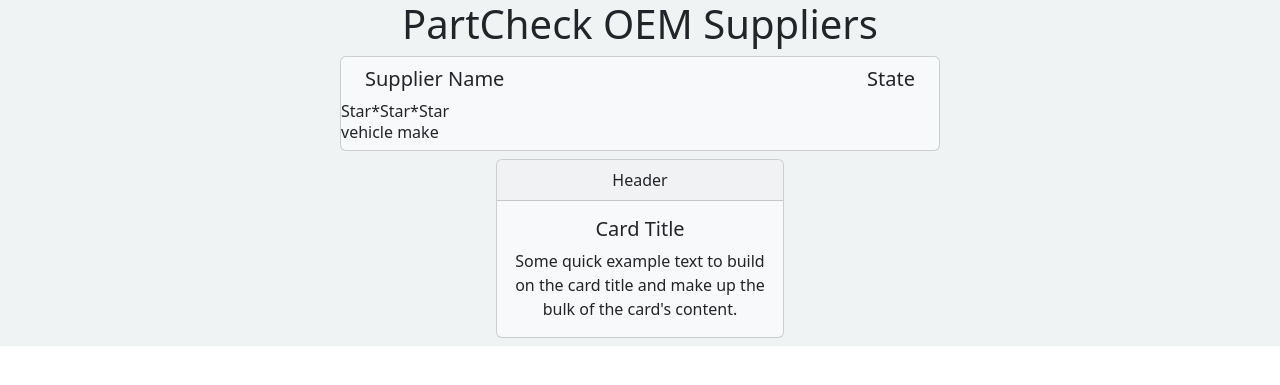
Repository: trungna4699/coding_challenge
Page: /
An editor plug-in stored every save of this project. The page is shown before and after the next save, followed by the edit.
The browser window is 1280 px wide. The pictures show the whole page.
The project was rebuilt for these pictures with package versions that can differ from the ones it lists, and the page was loaded fresh each time.

Above is the page before, as saved 2022-09-01 16:37:52.

### src/index.css
body {
  margin: 0;
  background-color: #F0F3F4;
  font-family: -apple-system, BlinkMacSystemFont, 'Segoe UI', 'Roboto', 'Oxygen',
    'Ubuntu', 'Cantarell', 'Fira Sans', 'Droid Sans', 'Helvetica Neue',
    sans-serif;
  -webkit-font-smoothing: antialiased;
  -moz-osx-font-smoothing: grayscale;
}

code {
  font-family: source-code-pro, Menlo, Monaco, Consolas, 'Courier New',
    monospace;
}

### src/App.js
import './App.css';
import 'bootstrap/dist/css/bootstrap.min.css';

import Card from 'react-bootstrap/Card';
import Col from 'react-bootstrap/Col';
import Row from 'react-bootstrap/Row';

function App() {
  return (
    <div className="App">
      <h1>PartCheck OEM Suppliers</h1>

      <div className='listContainer'>
        <Card
          bg={"light"}
          // key={variant}
          text={"dark"}
          style={{ width: '600px' }}
          className="mb-2"
        >
          <div className="supplierItems">
            <div className='supplierInfo'>
              <h5 className='.text-secondary ms-4'>Supplier Name</h5>
              <h5 className='me-4'>State</h5>
            </div>

            <div className="ratingStar">
              Star*Star*Star
            </div>
            <div className="vehicleList">
              <h6>vehicle make</h6>
            </div>
          </div>
        </Card>

        <Card
          bg={"light"}
          // key={variant}
          text={"dark"}
          style={{ width: '18rem' }}
          className="mb-2"
        >
          <Card.Header>Header</Card.Header>
          <Card.Body>
            <Card.Title>Card Title </Card.Title>
            <Card.Text>
              Some quick example text to build on the card title and make up the
              bulk of the card's content.
            </Card.Text>
          </Card.Body>
        </Card>

      </div>


    </div>
  );
}

export default App;

### src/App.css
.App {
  background-color: #F0F3F4;
  text-align: center;
}

.listContainer {
  display: flex;
  flex-direction: column;
  align-items: center;
}

.supplierInfo {
  display: flex;
  justify-content: space-between;
  margin-top: 10px;
}

.ratingStar {
  display: flex;
}

.vehicleList {
  display: flex;
}



/* Default Settings */
.App-logo {
  height: 40vmin;
  pointer-events: none;
}

@media (prefers-reduced-motion: no-preference) {
  .App-logo {
    animation: App-logo-spin infinite 20s linear;
  }
}

.App-header {
  background-color: #282c34;
  min-height: 100vh;
  display: flex;
  flex-direction: column;
  align-items: center;
  justify-content: center;
  font-size: calc(10px + 2vmin);
  color: white;
}

.App-link {
  color: #61dafb;
}

@keyframes App-logo-spin {
  from {
    transform: rotate(0deg);
  }
  to {
    transform: rotate(360deg);
  }
}

Loaded but not shown: public/index.html (common file); src/index.js (common file); src/reportWebVitals.js (common file)

After the next save:
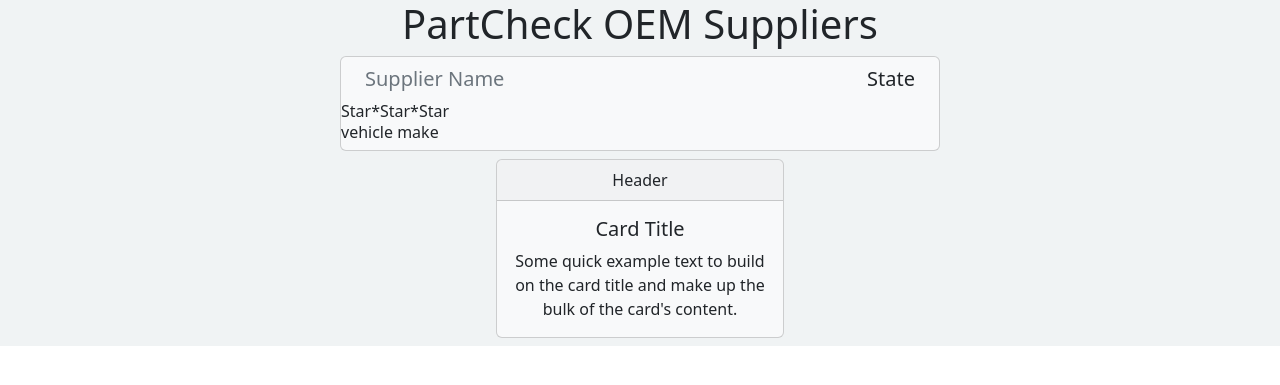
Saved 6 s later.
--- a/src/App.js
+++ b/src/App.js
@@ -20,7 +20,7 @@ function App() {
         >
           <div className="supplierItems">
             <div className='supplierInfo'>
-              <h5 className='.text-secondary ms-4'>Supplier Name</h5>
+              <h5 className='text-secondary ms-4'>Supplier Name</h5>
               <h5 className='me-4'>State</h5>
             </div>
 
